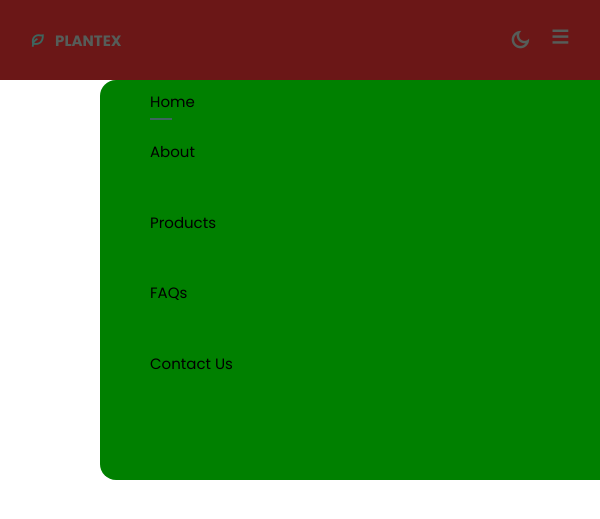
Repository: OmniaRafat232111121/plantwebsite
Page: index.html
An editor plug-in stored every save of this project. The page is shown before and after the next save, followed by the edit.
The browser window is 600 px wide. The pictures show the whole page.
After loading, the first visible `#navToggle` was clicked once.

Above is the page before, as saved 2023-01-04 15:36:44.

After the next save:
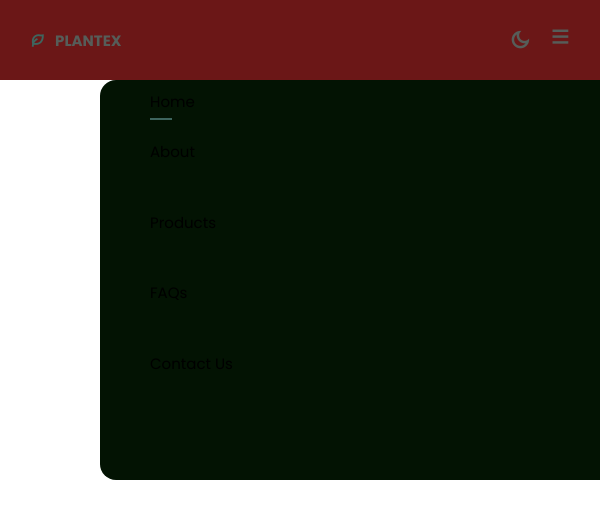
Saved 20 s later.
--- a/assets/css/styles.css
+++ b/assets/css/styles.css
@@ -220,7 +220,7 @@ display: none;
   .show-menu{
 
      position: fixed;
-    background-color: green;
+    background-color: rgb(3, 19, 3);
     width: 100%;
     height: 50%;
     top: 80px;
